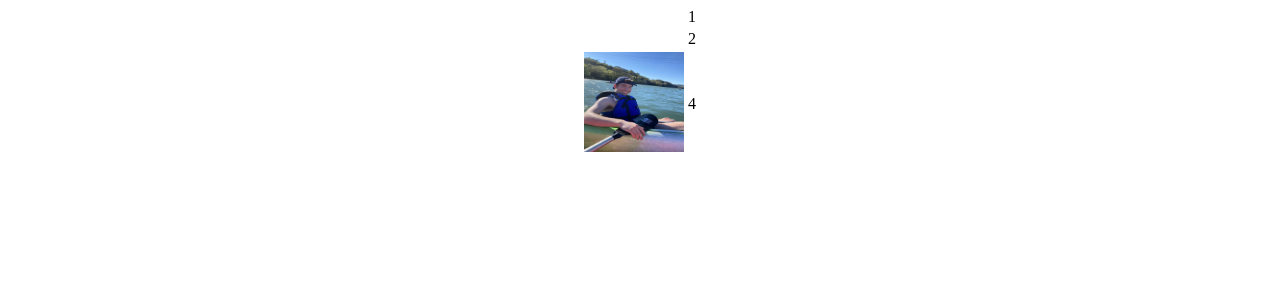
Repository: nak97/WDD230
Page: test.html
An editor plug-in stored every save of this project. The page is shown before and after the next save, followed by the edit.
The browser window is 1280 px wide. The pictures show the whole page.

Above is the page before, as saved 2023-10-10 12:10:09.

### test.html

<!DOCTYPE html>
<html lang="en">
<head>
  <meta charset="UTF-8">
  <meta name="viewport" content="width=device-width, initial-scale=1.0">
  <title>Document</title>
  <link rel="stylesheet" href="test.css">
</head>
<body>

  <div class="gridlayout">
    <div class="item">1</div>
    <div class="item">2</div>
    <div class="imgitem">
      <img src="images/snapchat-1695523002.jpg">
    </div>
    <div class="item">4</div>
  </div>



</body>
</html>

### test.css
.gridlayout {
  display: grid;
  align-items: center;
  justify-content: center;
  grid-gap: .25rem;
}

.item {
  grid-column: 2/3;
}

.imgitem {
  grid-row: ;
}

img {
  width: 100px;
  height: 100px;
}

After the next save:
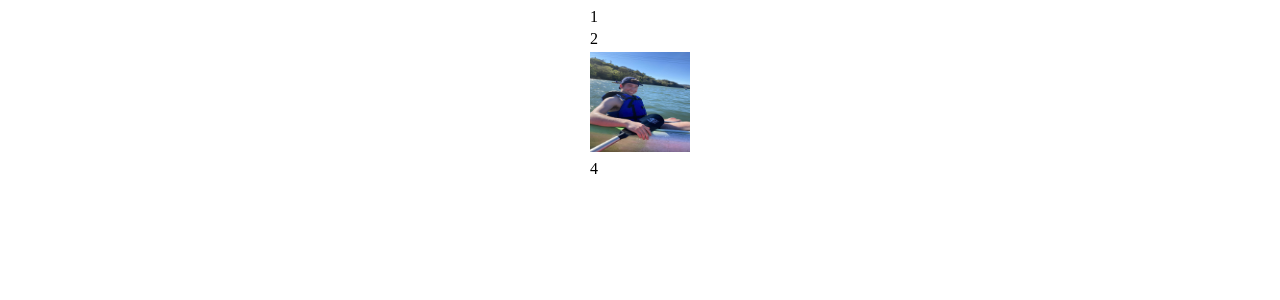
Saved 82 s later.
--- a/test.css
+++ b/test.css
@@ -6,7 +6,7 @@
 }
 
 .item {
-  grid-column: 2/3;
+  /* grid-column: 2/3; */
 }
 
 .imgitem {
